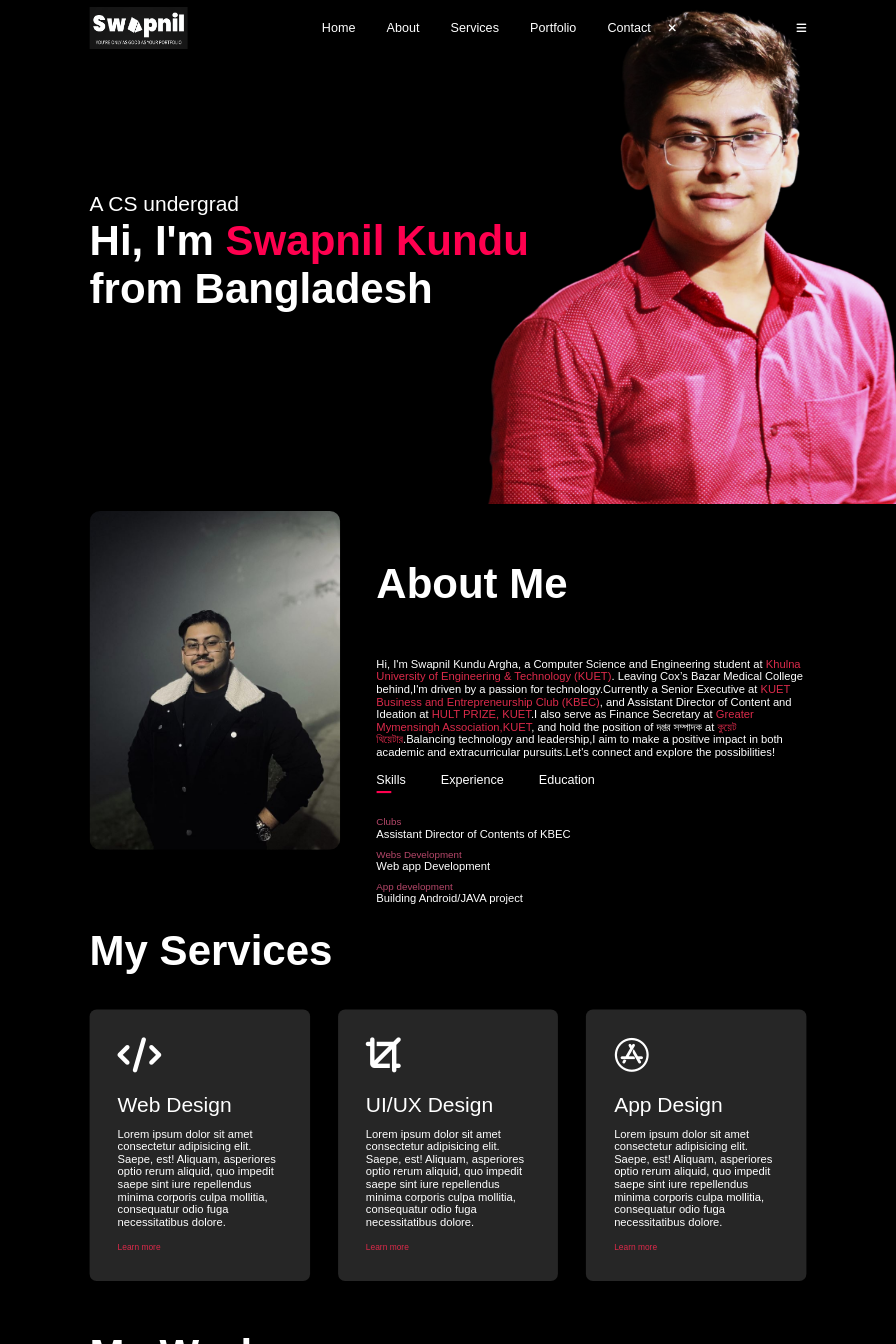
Repository: SwapnilKundu/portfolio
Page: index.html
The author's editor kept a copy of each file at every save. The page is drawn from the files as they stood at one save, then again after a run of saves.
The browser window is 1280 px wide. The pictures show the part of the page from y = 0 to 1920 px (the page is 3199 px tall), at 70% of full size.
Some web libraries are served in a nearby version.

Above is the page before, as saved 2024-01-20 23:53:06.

### index.html
<!DOCTYPE html>
<html lang="en">
<head>
    <meta charset="UTF-8">
    <meta name="viewport" content="width=device-width, initial-scale=1.0">
    <title>Personal Portfolio Website</title>
    <link rel="stylesheet" href="style.css">
    <script src="https://kit.fontawesome.com/74456a4746.js" crossorigin="anonymous"></script>
</head>
<body>
  <div id="header">
    <div class="container">
        <nav>
            <img src="images/logo1.png" class="logo" width="40" height="60">
            <ul>
                <li><a href ="#">Home</a></li>
                <li><a href ="#">About</a></li>
                <li><a href ="#">Services</a></li>
                <li><a href ="#">Portfolio</a></li>
                <li><a href ="#">Contact</a></li>
                <i class="fa-solid fa-xmark"></i>            </ul>
            <i class="fa-solid fa-bars"></i>
        </nav>
        <div class="header-text">
            <p>A CS undergrad </p>
            <h1>Hi, I'm <span>Swapnil Kundu</span> <br> from Bangladesh</h1>
        </div>
    </div>
  </div>





  <div id="about">
    <div class="container">
        <div class="row">
            <div class="about-col-1">
                <img src="images/Aboutme4.jpg" alt="Profile Image">
            </div>
            <div class="about-col-2">
                <h1 class="sub-title"><br>About Me</h1>
                <p>
                    <br><br><br><br>Hi, I'm Swapnil Kundu Argha, a Computer Science and Engineering student at <a href="http://www.kuet.ac.bd/" target="_blank">Khulna University of Engineering & Technology (KUET)</a>. Leaving Cox’s Bazar Medical College behind,I'm driven by a passion for technology.Currently a Senior Executive at <a href="https://www.facebook.com/KBEC.official">KUET Business and Entrepreneurship Club (KBEC)</a>, and Assistant Director of Content and Ideation at <a href="https://scontent.fjsr8-1.fna.fbcdn.net/v/t39.30808-6/414475463_878653704262850_605489790676270348_n.jpg?_nc_cat=106&ccb=1-7&_nc_sid=dd5e9f&_nc_eui2=AeG7qaCzWQGluZMTMKWtrD6ipcnI0dawWuilycjR1rBa6PLkHzdtJERiOyrmRQaxy3TT_q5vz9qIQ5m4l8xfiGP6&_nc_ohc=qg8Pu4EAUVYAX9avaA_&_nc_ht=scontent.fjsr8-1.fna&oh=00_AfBZ6Lqa5248mqS64WxhR3KxGRhN1UCrqkgUgA0V5dsZlw&oe=65AF45DF">HULT PRIZE, KUET</a>.I also serve as Finance Secretary at <a href="#link-to-GMA">Greater Mymensingh Association,KUET</a>, and hold the position of দপ্তর সম্পাদক at <a href="#link-to-theater">কুয়েট থিয়েটার</a>.Balancing technology and leadership,I aim to make a positive impact in both academic and extracurricular pursuits.Let's connect and explore the possibilities!
                </p>

                <div class="tab-titles">
                    <p class="tab-links active" onclick="opentab('skills')">Skills</p>
                    <p class="tab-links" onclick="opentab('experience')">Experience</p>
                    <p class="tab-links"onclick="opentab('education')">Education</p>
            </div>
            <div class="tab-contents active-tab"id ="skills">
                <ul>
                    <li><span>Clubs</span><br>Assistant Director of Contents of KBEC</li>
                    <li><span>Webs Development</span><br>Web app Development</li>
                    <li><span>App development</span><br>Building Android/JAVA project</li>
                </ul>
            </div>
            <div class="tab-contents" id ="experience">
                <ul>
                    <li><span>2022-Current</span><br>An Active member of KBEC</li>
                    <li><span>2023-Semester 2.2</span><br>App Development by JAVA</li>
                    <li><span>2024-Semester 3.1</span><br>Web Development by HTML,CSS,JAVA</li>
                    <li><span>2022-Current</span><br>An Active member of KBEC</li>

                </ul>
            </div>

            <div class="tab-contents" id ="education">
                <ul>
                    <li><span>2018</span><br>SSC from Mymensingh Zilla School,Mymensingh</li>
                        <li><span>2020</span><br>HSC from Ananda Mohan College,Mymensingh</li>
                        <li><span>From March,2022</span><br>Currently studying BSc in CSE department</li>
                </ul>
            </div>
        </div>
    </div>
  </div>




  <div id="Services">
    <div class ="container">
    <h1 class="sub-title">My Services</h1>
    <div class ="services-list">

        <div>
            <i class="fa-solid fa-code"></i>
            <h2>
                Web Design
            </h2>
            <p>Lorem ipsum dolor sit amet consectetur adipisicing elit. Saepe, est! Aliquam, asperiores optio rerum aliquid, quo impedit saepe sint iure repellendus minima corporis culpa mollitia, consequatur odio fuga necessitatibus dolore.

            </p>
            <a href="#">Learn more</a>
        </div>
        <div>
            <i class="fa-solid fa-crop"></i>
            <h2>
                UI/UX Design
            </h2>
            <p>Lorem ipsum dolor sit amet consectetur adipisicing elit. Saepe, est! Aliquam, asperiores optio rerum aliquid, quo impedit saepe sint iure repellendus minima corporis culpa mollitia, consequatur odio fuga necessitatibus dolore.

            </p>
            <a href="#">Learn more</a>
        </div>
        <div>
            <i class="fa-brands fa-app-store"></i>
            <h2>

                App Design
            </h2>
            <p>Lorem ipsum dolor sit amet consectetur adipisicing elit. Saepe, est! Aliquam, asperiores optio rerum aliquid, quo impedit saepe sint iure repellendus minima corporis culpa mollitia, consequatur odio fuga necessitatibus dolore.

            </p>
            <a href="#">Learn more</a>
        </div>
        </div>
    </div>
  </div>




<div id="portfolio">
    <div class="container">
        <h1 class="sub-title">My Work</h1>

        <div class ="work-list">
            <div class="work">
                <img src="images/work-1.png">
                <div class="layer">
                    <h3><b>Scoial Media App</b></h3>
                    <p> The app connects you to the talented people around the world. Download it from play store</p>
                    <a href ="#"><i class="fa-solid fa-arrow-up-right-from-square"></i></a>
                </div>
            </div>
            <div class="work">
                <img src="images/work-2.png">
                <div class="layer">
                    <h3><b>Music App</b></h3>
                    <p> The app connects you to the talented people around the world. Download it from play store</p>
                    <a href ="#"><i class="fa-solid fa-arrow-up-right-from-square"></i></a>
                </div>
            </div>
            <div class="work">
                <img src="images/work-3.png">
                <div class="layer">
                    <h3><b>Online Shop App</b></h3>
                    <p> The app connects you to the talented people around the world. Download it from play store</p>
                    <a href ="#"><i class="fa-solid fa-arrow-up-right-from-square"></i></a>
                </div>
            </div>

        </div>
        <a href="#" class ="btn">See more</a>
    </div>
</div>




<div id="contact">
    <div class="container">
        <div class="row">
            <div class="contact-left">
                <h1 class="sub-title">Contact me</h1>
                <p><i class="fa-solid fa-paper-plane"></i>swapnilkundu01@gmail.com</p>
                <p><i class="fa-solid fa-phone"></i>01871978907</p>
                <div class="socal-icons">
                    <a href="https://www.facebook.com/swapnil.kundu.90/"><i class="fa-brands fa-facebook"></i></a>
                    <a href="https://www.instagram.com/swapnil2441139/"><i class="fa-brands fa-twitter-square"></i></a>
                    <a href="https://call.whatsapp.com/voice/oAxOkq7IUG3ndQV7ZXiJVs"><i class="fa-brands fa-whatsapp"></i></a>
                    <a href=""><i class="fa-brands fa-linkedin"></i></a>

                </div>
                <a href="images/my-cv.pdf"class = "btn btn2" >Download CV</a>
            </div>
            <div class="contact-right">
                <form>
                    <input type="text" name="Name" placeholder="Your Name" required>
                    <input type ="email" name="email" placeholder="Your Email" required>
                    <textarea name ="Message" rows="6" placeholder ="Your Message"></textarea>
                    <button type="submit" class="btn btn2">Submit</button>
                </form>

            </div>
        </div>
    </div>
    <div class="copyright">
            <p>Copyright © kundu.Made with HTML,CSS and JS</p>
    </div>
</div>


  <script>
    var tablinks = document.querySelectorAll(".tab-links");
    var tabcontents = document.querySelectorAll(".tab-contents");

    function opentab(tabname) {
        for (tablink of tablinks) {
            tablink.classList.remove("active-link");
        }

        for (tabcontent of tabcontents) {
            tabcontent.classList.remove("active-tab");
        }

        var activeTab = document.getElementById(tabname);
        activeTab.classList.add("active-tab");

        var activeLink = document.querySelector(`.tab-links[data-tab="${tabname}"]`);
        activeLink.classList.add("active-link");
    }
</script>

</body>
</html>

### style.css
*
{
    margin: 0;
    padding: 0;
    font-family: 'Poppins',sans-serif;
    box-sizing: border-box;
}

body
{
    background: #000;
    color: #fff;
}
#header
{
    width: 100%;
    height: 100vh;
    background-image: url(images/ccc2.png);
    background-size: cover;
    background-position: left;
    background-repeat: no-repeat;
    overflow: hidden;
}
.container
{
padding: 10px 10%;
}
nav{
    display: flex;
    align-items: center;
    justify-content: space-between;
    flex-wrap: wrap;
}
.logo{
    width: 140px;
}

nav ul li{
    display:inline-block;
    list-style: none;
    margin: 10px 20px;

}
nav ul li a{
    color: #fff;
    text-decoration:none ;
    font-size: 18px;
    position: relative;
}

nav ul li a::after
{
    content: '';
    width:0;
    height:3px;
    background:#ff004f;
    position: absolute;
    left: 0;
    bottom: -6px;
    transition: 0.5s;

}
nav ul li a:hover::after
{
    width:100%;
}
.header-text{
    margin-top: 20%;
    font-size: 30px;
}
.header-text h1
{
    font-size:60px;
}
.header-text h1 span
{
    color:#ff004f;
}

#about a {
    color: #db2a4a;
    text-decoration: none;
}

#about a:hover {
    color: #ababab;
}
.row
{
    display: flex;
    justify-content: space-between;
    flex-wrap: wrap;
}

.about-col-1{
    flex-basis:35%;
}
.about-col-1 img
{
    width: 100%;
    border-radius: 15px;
}

.about-col-2
{
    flex-basis: 60%;
}

.sub-title
{
    font-size:60px;
    font-weight:600;
    color:#fff;
}

.tab-titles {
    display: flex;
    margin: 20px 0 40px;
}

.tab-links {
    margin-right: 50px;
    font-size: 18px;
    font-weight: 500;
    cursor: pointer;
    position: relative;
    color: #fff;
    text-decoration: none;
    transition: color 0.5s;
}

.tab-links::after {
    content: '';
    width: 0;
    height: 3px;
    background: #ff004f;
    position: absolute;
    left: 0;
    bottom: -8px;
    transition: 0.5s;
}

.tab-links:hover {
    color: #ff004f; /* Change the color on hover */
}

.tab-links.active::after {
    width: 50%;
}
.tab-contents ul li
{
    list-style:none;
    margin:10px 0;
}
.tab-contents ul li span
{
    color:#b54769;
    font-size: 14px;
}
.tab-contents
{
    display: none;
}
.tab-contents.active-tab
{
    display: block;
}




#services-list
{

    padding :30px 0;
}
.services-list
{
    display:grid;
    grid-template-columns: repeat(auto-fit,minmax(250px, 1fr));
    grid-gap:40px;
    margin-top: 50px;
}
.services-list div{
    background:#262626;
    padding: 40px;
    font: size 13px;
    font-weight: 300;
    border-radius:10px;
    transition: background 0.5s,transform 0.5s;
}
.services-list div i
{
    font-size: 50px;
    margin-bottom: 30px;
}
.services-list div h2
{
    font-size:  30px;
    font-weight: 500;
    margin-bottom:15px;

}
.services-list div a{
    text-decoration: none;
    color:#fff;
    font-size: 12px;
    margin-top: 20px;
    display: inline-block;
}
.services-list div:hover
{
    background:#ff004f;
    transform: translateY(-10px);
}



#portfolio
{
    padding: 50px 0;
}

.work-list
{
    display:grid;
    grid-template-columns: repeat(auto-fit,minmax(250px, 1fr));
    grid-gap:40px;
    margin-top: 50px;
}
.work
{
    border-radius:10px;
    position: relative;
    overflow: hidden;
}
.work img
{
    width: 100%;
    border-radius:10px;
    display: block;
    transition: transform 0.5s;
}
.layer{
    width: 100%;
    height: 0;
    background:linear-gradient(rgba(0,0,0,0.6),#ff004f);
    border-radius:10px;
    position: absolute;
    left:0;
    bottom:0;
    overflow:hidden;
    display:flex;
    align-items:center;
    justify-content: center;
    flex-direction: column;
    padding: 0 40px;
    text-align:center;
    font-size: 14px;
    transition: height 0.5s;
}
.layer h3
{
    font-weight: 500;
    margin-bottom: 20px;
}
.layer a
{
    margin-top: 20px;
    color:#ff004f;
    text-decoration: none;
    font-size:18px;
    line-height: 60px;
    background:#fff;
    width: 60px;
    height: 60px;
    border-radius:50%;
    text-align: center;

}
.work:hover img
{
    transform: scale(1.1);
}

.work:hover .layer
{
    height:100%
}
.btn
{
    display:block;
    margin: 50px auto;
    width:fit-content;
    border: 1px solid #860808;
    padding: 14px 50px;
    text-decoration: none;
    border-radius: 6px;
    color:#fff;
    transition: background 0.5s;

}

.btn:hover
{
    background:#ffffff;
}





.contact-left
{
    flex-basis: 35%;
}
.contact-right
{
    flex-basis: 60%;
}

.contact-left p
{
    margin-top: 30px;
}
.contact-left p i
{
    color:#ff004f;
    margin-right: 15px;
    font-size: 25px;
}
.socal-icons {
    margin-top: 30px;
}

.socal-icons a{
    text-decoration: none;
    font-size: 30px;
    margin-right: 15px;
    color: #f80f0f;
    display: inline-block;
    transition: transform 0.5s;
}
.socal-icons a:hover
{
    color: #da1d1d;
    transform: translateY(-5px);
}
.btn.btn2
{
    display:inline-block;
    background : #000000;

}
.contact-right form
{
    width: 100%;
}
form input,form textarea
{
    width:100%;
    border:0;
    outline:none;
    background:#262626;
    padding: 15px;
    margin: 15px 0;
    color: #fff;
    font-size: 18px;
    border-radius: 6px;
}

form btn2
{
    padding:14px 60px;
    font-size: 18px;
    margin-top:20px;
    cursor:pointer;
}
.copyright
{
    width:100%;
    text-align:center;
    padding:25px 0;
    background:#262626;
    font-weight: 300;
    margin: top 20%;
}





nav.fas{
    display: none;
}

@media only screen and (max-width: 600px) {
    #header{
        background-image: url(images/123qw.png);
    }
    .header-text {
        margin-top: 100%;
        font-size: 16px;
    }
    .header-text h1 {
        font-size: 30px;
    }

    nav.fas {
        display: block;
        font-size: 25px;
    }
    nav ul {
        background: #ff004f;
        position: fixed;
        top: 0;
        right: 0;
        width: 200px;
        height: 100vh;
        padding-top: 50px;
    }
    nav ul li {
        display: block;
        margin: 25px;
    }
    nav ul.fas {
        position: absolute;
        top: 25px;
        left: 25px;
        cursor: pointer;
    }
}

After the next 3 saves:
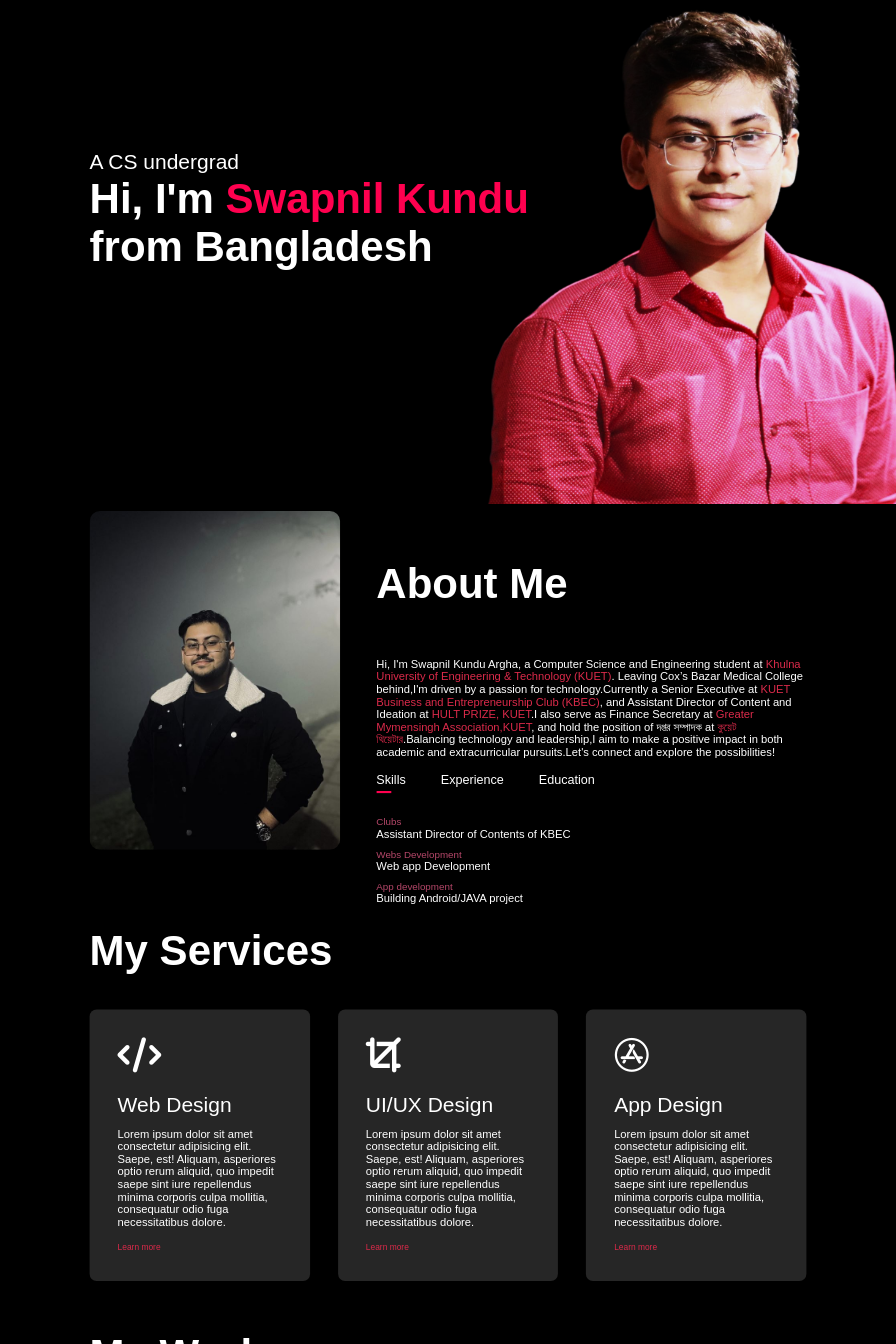
The 3 saves are shown as one change because they came seconds apart.
The last was saved 5 min 21 s later.
--- a/style.css
+++ b/style.css
@@ -390,7 +390,7 @@
 
 
 
-nav.fas{
+nav {
     display: none;
 }
 

After the save that followed:
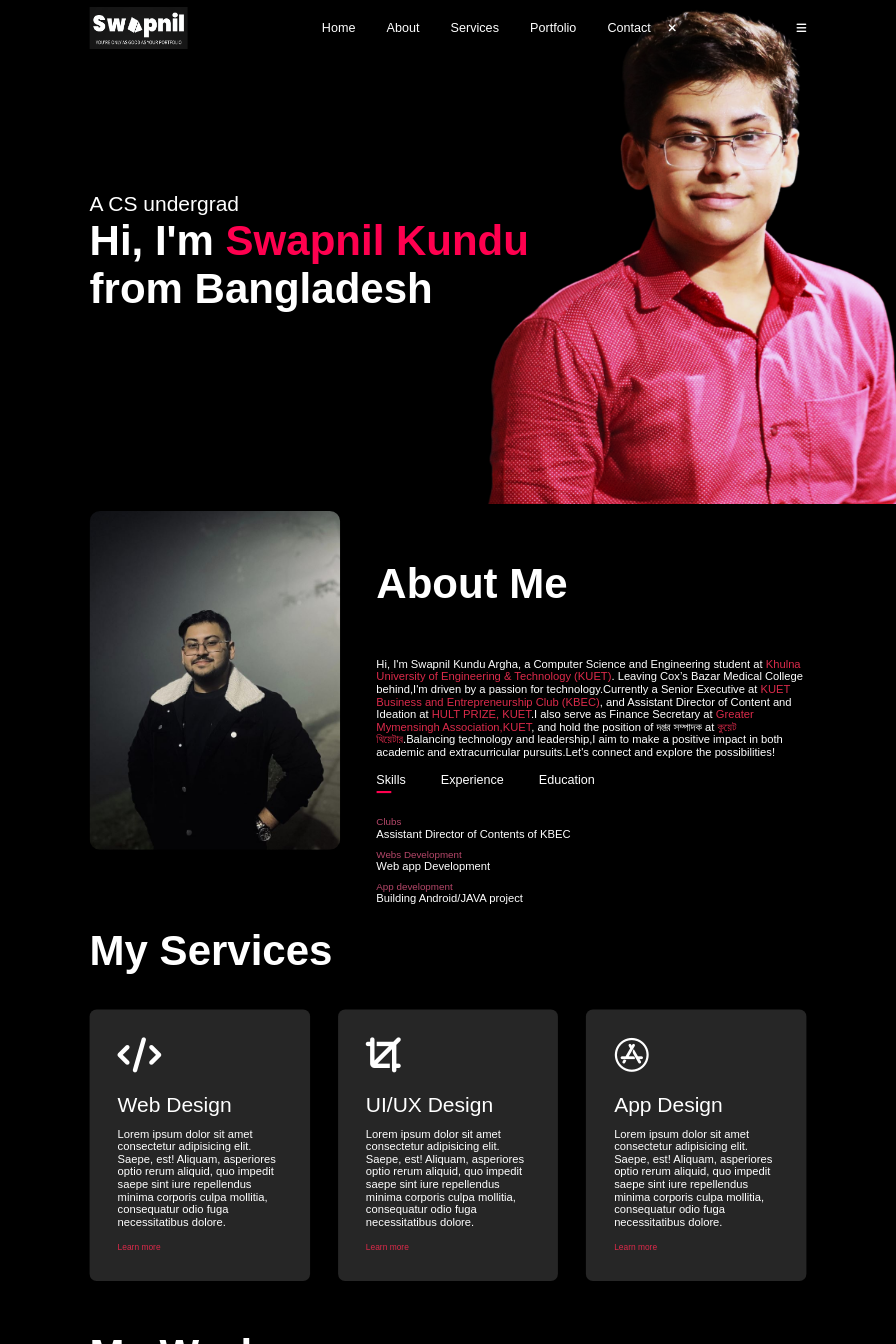
Saved 23 s later.
--- a/style.css
+++ b/style.css
@@ -390,7 +390,7 @@
 
 
 
-nav {
+nav fas{
     display: none;
 }
 
